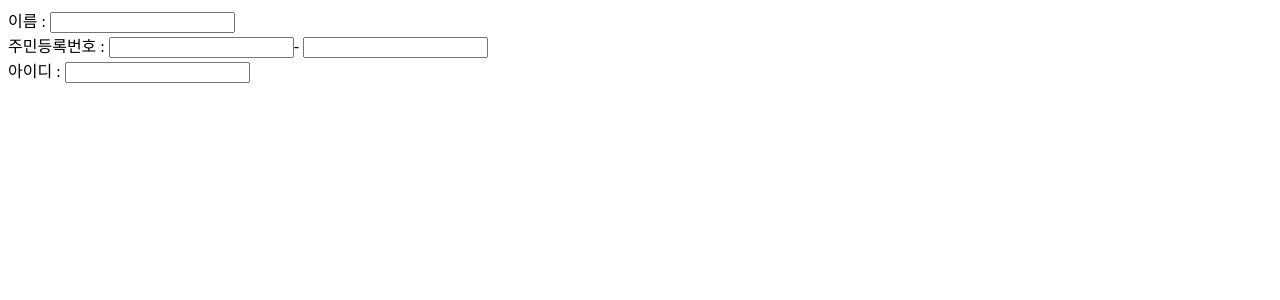
Repository: o3orr/jsp_study
Page: http://localhost/web-study-02/joinForm.jsp
An editor plug-in stored every save of this project. The page is shown before and after the next save, followed by the edit.
The browser window is 1280 px wide. The pictures show the whole page.
The page is served by Tomcat 9.

Above is the page before, as saved 2024-02-29 04:59:41.

After the next save:
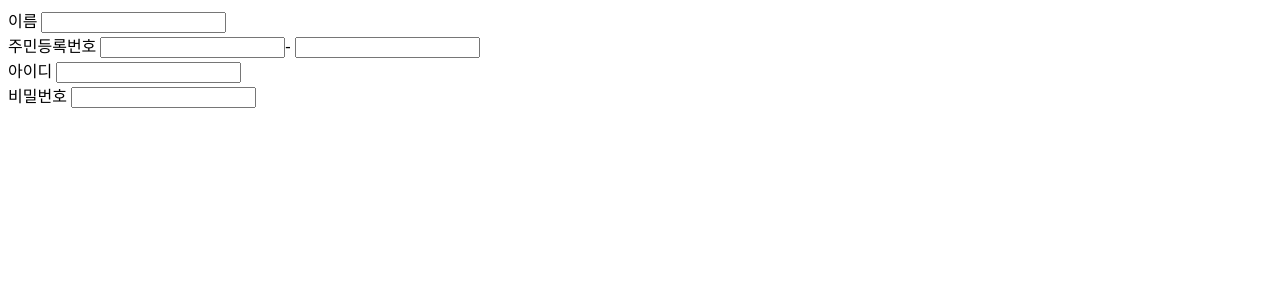
Saved 40 s later.
--- a/web-study-02/src/main/webapp/joinForm.jsp
+++ b/web-study-02/src/main/webapp/joinForm.jsp
@@ -9,14 +9,17 @@
 <body>
 
 	<form action="joinServlet" method="post">
-		<label for="name">이름 : </label>
+		<label for="name">이름</label>
 		<input type="text" name="name" id="name"><br>
 
-		<label for="jumin1">주민등록번호 : </label>
+		<label for="jumin1">주민등록번호</label>
 		<input type="text" name="jumin1" id="jumin1">-
 		<input type="password" name="jumin2" id="jumin2"><br>
 
-		<label for="name">아이디 : </label>
+		<label for="name">아이디</label>
+		<input type="text" name="id" id="id"><br>
+
+		<label for="pwd">비밀번호</label>
 		<input type="text" name="id" id="id"><br>
 	</form>
 </body>
